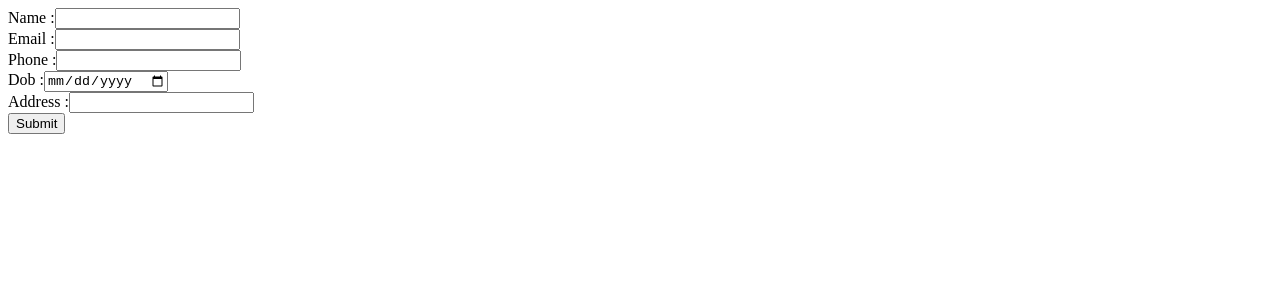
Repository: Amit1420/Advance-Java
Page: ServletIntro/src/main/webapp/register.html
An editor plug-in stored every save of this project. The page is shown before and after the next save, followed by the edit.
The browser window is 1280 px wide. The pictures show the whole page.

Above is the page before, as saved 2023-05-05 09:32:08.

After the next save:
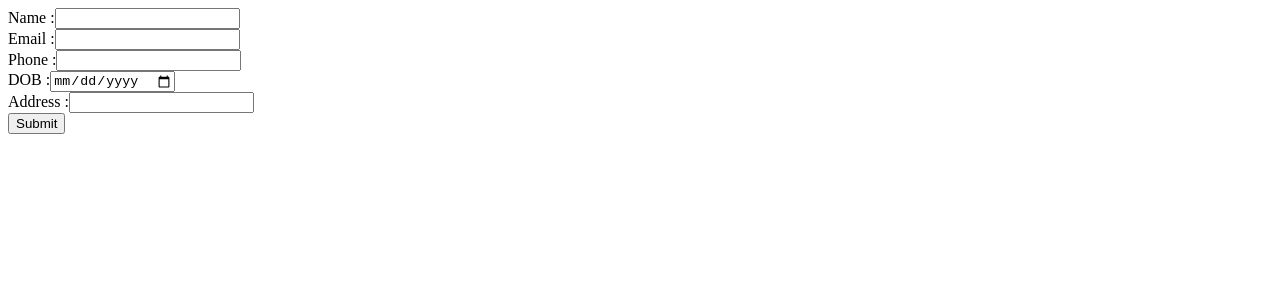
Saved 3 min 9 s later.
--- a/ServletIntro/src/main/webapp/register.html
+++ b/ServletIntro/src/main/webapp/register.html
@@ -9,7 +9,7 @@
 		<label>Name :</label><input type="text" name="name"><br>
 		<label>Email :</label><input type="text" name="email"><br>
 		<label>Phone :</label><input type="text" name="phone"><br>
-		<label>Dob :</label><input type="date" name="dob"><br>
+		<label>DOB :</label><input type="date" name="dob"><br>
 		<label>Address :</label><input type="text" name="address"><br>
 		<input type="submit">
 	</form>
